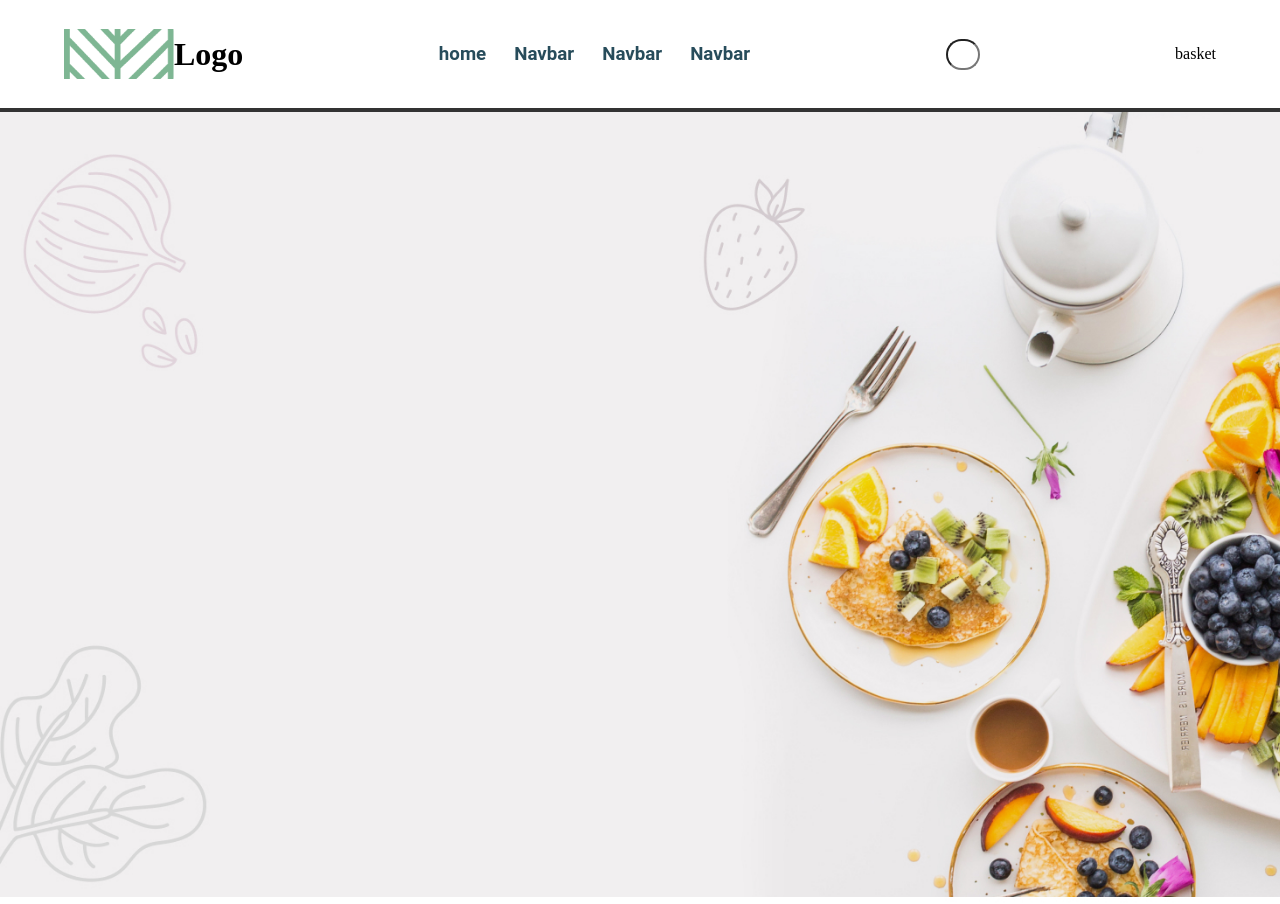
Repository: Islam432/Islam-and-Arsi---team
Page: /
The author's editor kept a copy of each file at every save. The page is drawn from the files as they stood at one save, then again after the next save.
The browser window is 1280 px wide. The pictures show the whole page.
The project was rebuilt for these pictures with package versions that can differ from the ones it lists, and the page was loaded fresh each time. Also part of the build but not shown: vite.config.js, src/App.css, src/components/Comp/Comp.jsx.

Above is the page before, as saved 2023-03-12 00:09:30.

After the next save:
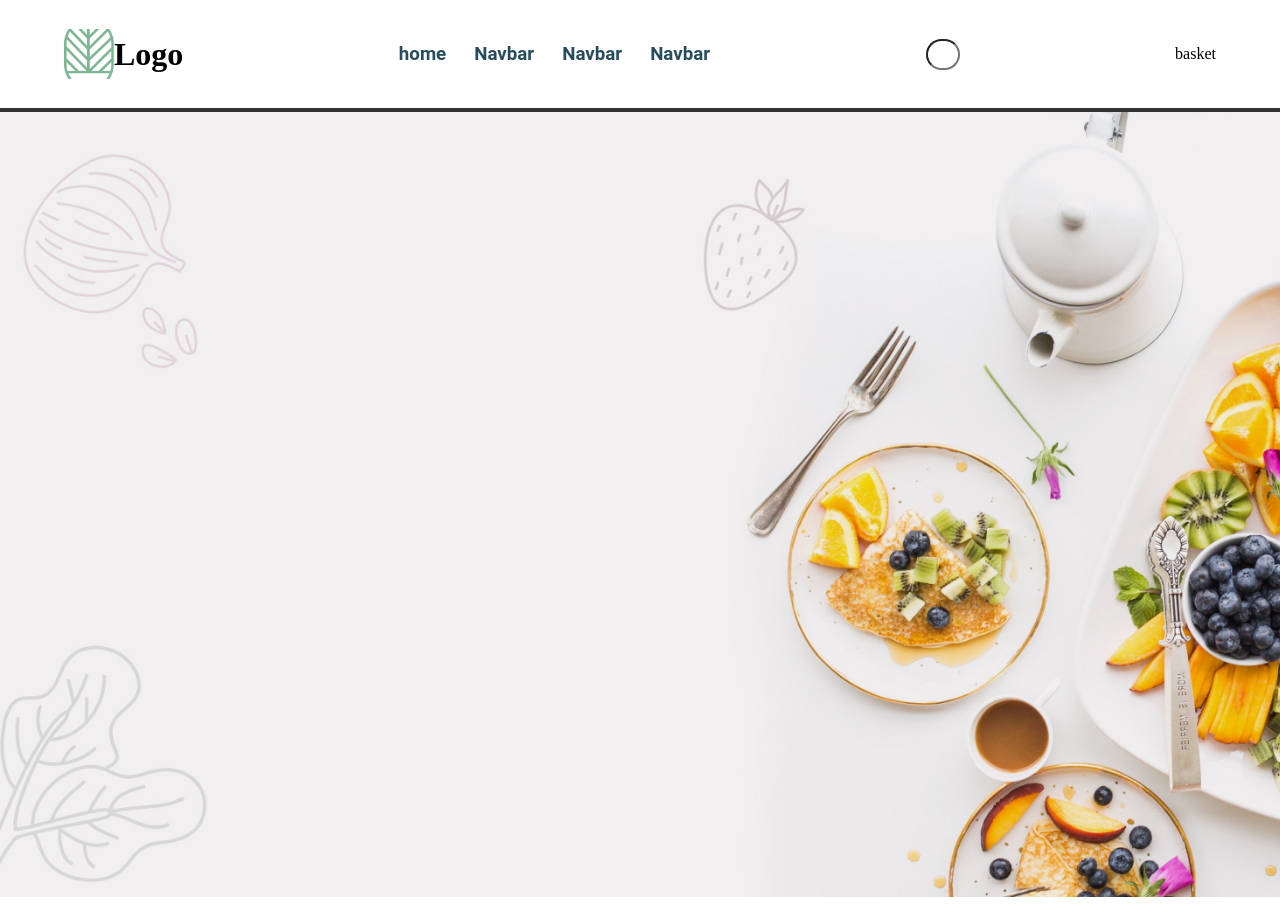
Saved 5 s later.
--- a/src/components/Navbar/Navbar.module.css
+++ b/src/components/Navbar/Navbar.module.css
@@ -12,7 +12,7 @@ border-bottom: 4px solid #333;
   align-items: center;
 }
 .logoimg{
-width: 110px;
+width: 50px;
 height: 50px;
 object-fit: cover;
 background-size: cover;
